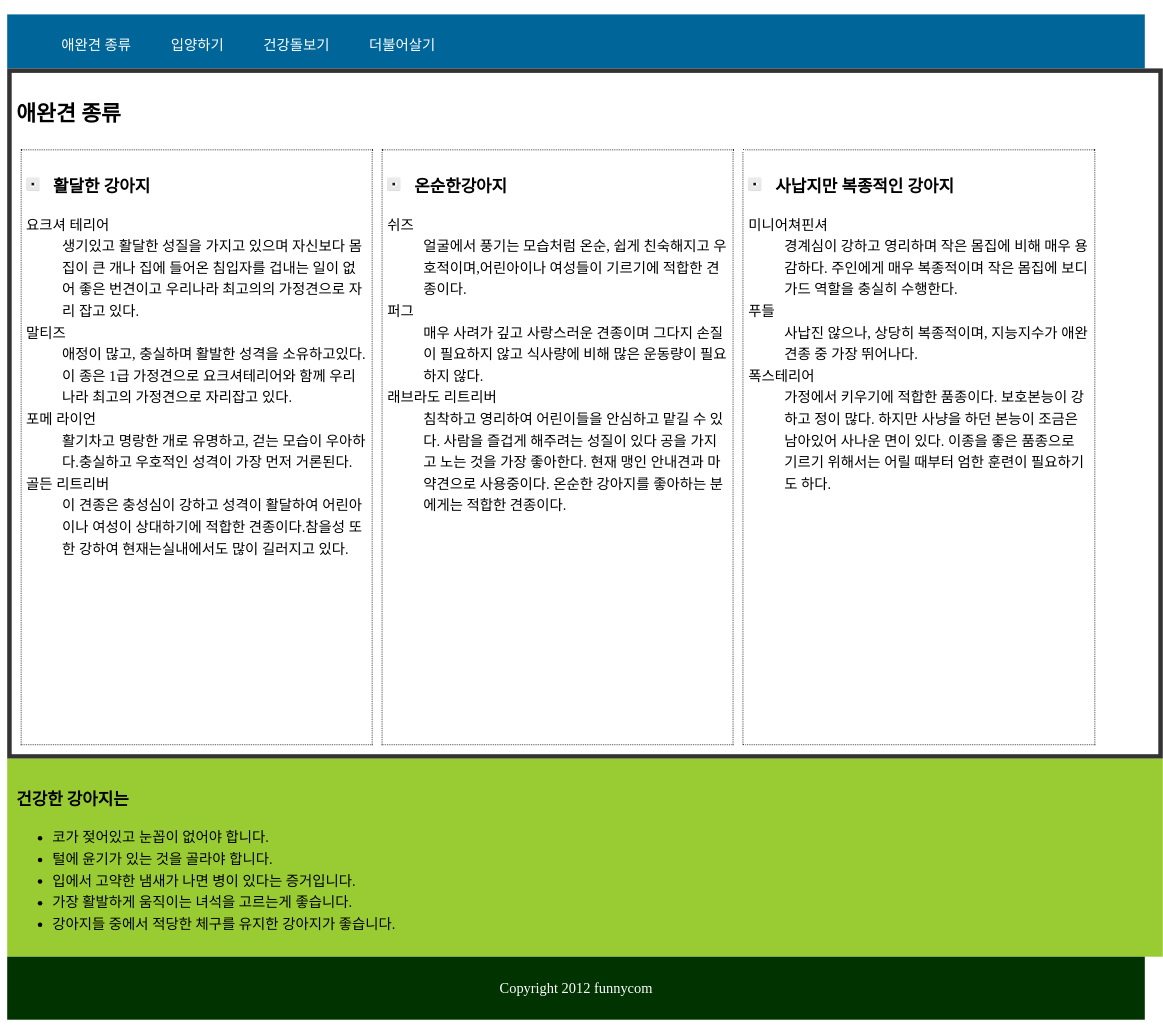
Repository: woosungtae/html_css
Page: pro01/public/10-do.html
An editor plug-in stored every save of this project. The page is shown before and after the next save, followed by the edit.
The browser window is 1280 px wide. The page is 1292 px wide, so the pictures cover 1292 px, including what lies to the right of the window. The pictures show the whole page, at 90% of full size.

Above is the page before, as saved 2022-12-07 08:31:42.

### pro01/public/10-do.html
<!DOCTYPE html>
<html>
	<head>
		<meta charset="utf-8">
		<title>애완견 돌보기</title>
	<link href="css/style4.css" rel="stylesheet" type="text/css">
	</head>
	<body>
		<header>
			<nav>
				<ul>
					<li><a href="#">애완견 종류</a></li>
					<li><a href="#">입양하기</a></li>
					<li><a href="#">건강돌보기</a></li>
					<li><a href="#">더불어살기</a></li>
				</ul>
			</nav>
		</header>
		<article>
			<h2>애완견 종류</h2>
			<section id="sec1">
				<h3>활달한 강아지</h3>
				<dl>
						<dt>요크셔 테리어 </dt>
						<dd>생기있고 활달한 성질을 가지고 있으며 자신보다 몸집이 큰 개나 집에 들어온 침입자를 겁내는 일이 없어 좋은 번견이고 우리나라 최고의의 가정견으로 자리 잡고 있다.</dd>
						<dt>말티즈 </dt>
						<dd>애정이 많고, 충실하며 활발한 성격을 소유하고있다. 이 종은 1급 가정견으로 요크셔테리어와 함께 우리나라 최고의 가정견으로 자리잡고 있다.</dd>
						<dt>포메 라이언</dt>
						<dd>활기차고 명랑한 개로 유명하고, 걷는 모습이 우아하다.충실하고 우호적인 성격이 가장 먼저 거론된다. </dd>
						<dt>골든 리트리버</dt>
						<dd>이 견종은 충성심이 강하고 성격이 활달하여 어린아이나 여성이 상대하기에 적합한 견종이다.참을성 또한 강하여 현재는실내에서도 많이 길러지고 있다.</dd>
				</dl>
			</section>

			<section>
				<h3>온순한강아지</h3>
				<dl>
					<dt>쉬즈</dt>
					<dd>얼굴에서 풍기는 모습처럼 온순, 쉽게 친숙해지고 우호적이며,어린아이나 여성들이 기르기에 적합한 견종이다.</dd>
					<dt>퍼그</dt>
					<dd>매우 사려가 깊고 사랑스러운 견종이며 그다지 손질이 필요하지 않고 식사량에 비해 많은 운동량이 필요하지 않다.</dd>
					<dt>래브라도 리트리버</dt>
					<dd>침착하고 영리하여 어린이들을 안심하고 맡길 수 있다. 사람을 즐겁게 해주려는 성질이 있다 공을 가지고 노는 것을 가장  좋아한다. 현재 맹인 안내견과 마약견으로 사용중이다. 온순한 강아지를 좋아하는 분에게는 적합한 견종이다.</dd>
				</dl>
			</section>
			<section>
				<h3>사납지만 복종적인 강아지</h3>
				<dl>
					<dt>미니어쳐핀셔</dt>
					<dd>경계심이 강하고 영리하며 작은 몸집에 비해 매우 용감하다. 주인에게 매우 복종적이며 작은 몸집에 보디가드 역할을 충실히 수행한다.</dd>
					<dt>푸들 </dt>
					<dd>사납진 않으나, 상당히 복종적이며, 지능지수가 애완견종 중 가장 뛰어나다.</dd>
					<dt>폭스테리어</dt>
					<dd>가정에서 키우기에 적합한 품종이다. 보호본능이 강하고 정이 많다. 하지만 사냥을 하던 본능이 조금은 남아있어 사나운 면이 있다. 이종을 좋은 품종으로 기르기 위해서는 어릴 때부터 엄한 훈련이 필요하기도 하다.</dd>
				</dl>
			</section>
		</article>
		<aside>
		<h3>건강한 강아지는</h3>
			<ul>
				<li>코가 젖어있고 눈꼽이 없어야 합니다.</li>
				<li>털에 윤기가 있는 것을 골라야 합니다.</li>
				<li>입에서 고약한 냄새가 나면 병이 있다는 증거입니다.</li>
				<li>가장 활발하게 움직이는 녀석을 고르는게 좋습니다.</li>
				<li>강아지들 중에서 적당한 체구를 유지한 강아지가 좋습니다.</li>
			</ul>
		</aside>
		<footer>
			<p>Copyright 2012 funnycom</p>
		</footer>
	</body>
</html>

### pro01/public/css/style4.css
@charset "utf-8";
nav{
	width:100%;
	height:60px;

	background-color:#069;
}
nav ul{
	list-style-type:none;
}
nav ul li{
	display:inline-block;
	margin:20px;
}
nav ul li a {
	color:white;
	text-decoration:none;
}
article{
	width:100%;
	margin-right: auto;
	margin-left:auto;
	border:5px solid #333;
	padding:5px;
	overflow:hidden;
}

article section{
	width:30%;
	height:650px;
	float: left;
	margin:5px;
	padding:5px;
	border:1px dotted #333;
}
article #at1{
	background-color:blue;
}
section h3{
	background: url('../images/dot.png') no-repeat left center;
	padding-left: 30px;
}

aside{
	clear:both;
	margin:0 auto;
	width:100%;
	height:auto;
	padding:10px;
	background-color:#99cc33
}
footer{
	padding: 10px 0;
	background-color: #030;
	color: #fff;
	text-align: center;
	clear:both;
}

After the next save:
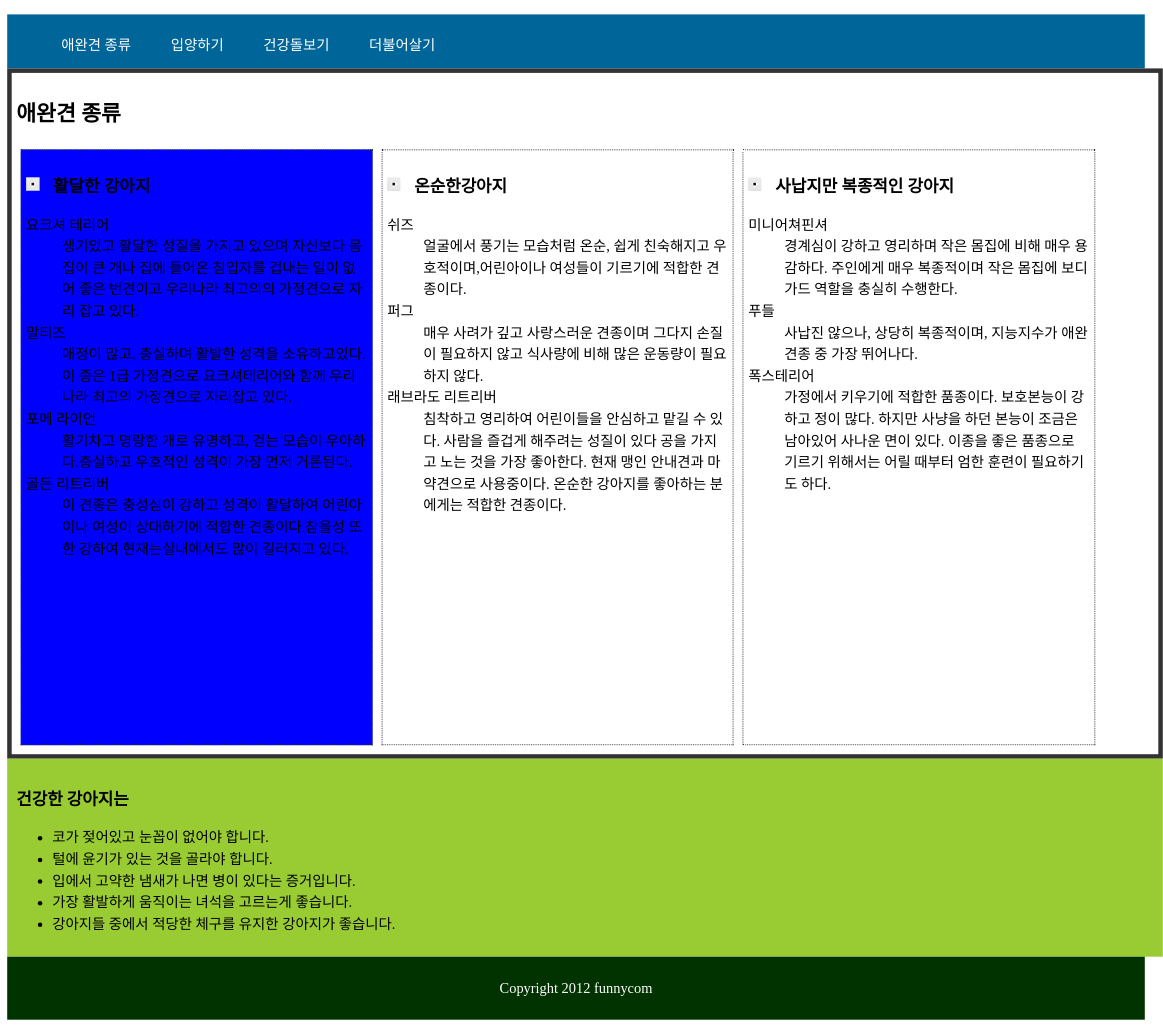
Saved 24 s later.
--- a/pro01/public/css/style4.css
+++ b/pro01/public/css/style4.css
@@ -24,7 +24,9 @@ article{
 	padding:5px;
 	overflow:hidden;
 }
-
+#sec1{
+	background-color:blue;
+}
 article section{
 	width:30%;
 	height:650px;
